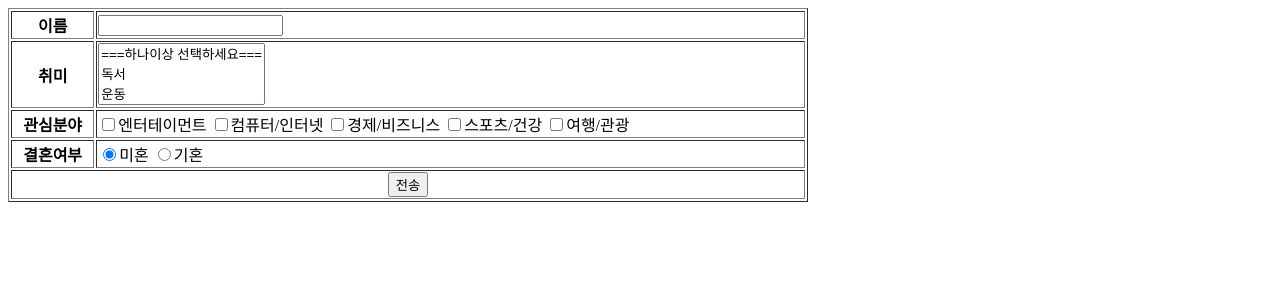
Repository: jeong3/Real_Time_Date
Page: http://localhost/jspRequest/getMethod1.jsp
The author's editor kept a copy of each file at every save. The page is drawn from the files as they stood at one save, then again after the next save.
The browser window is 1280 px wide. The pictures show the whole page.
The page is served by Tomcat 9.

Above is the page before, as saved 2024-08-30 06:22:45.

After the next save:
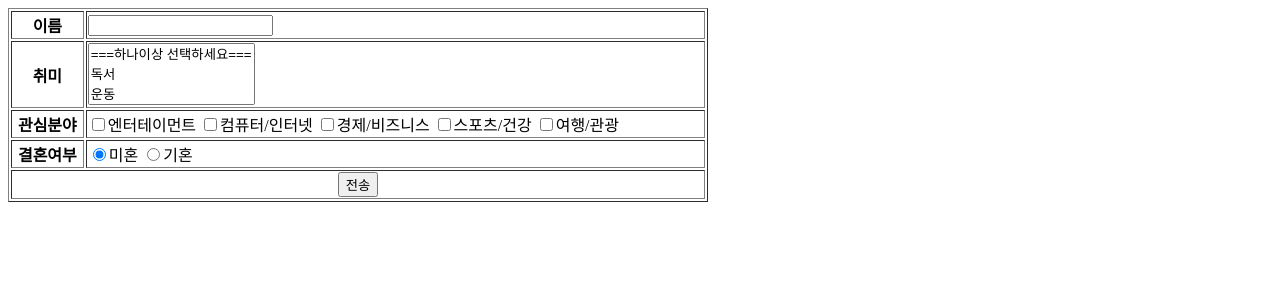
Saved 17 s later.
--- a/eclipse/eclipse-workspace/jspRequest/src/main/webapp/getMethod1.jsp
+++ b/eclipse/eclipse-workspace/jspRequest/src/main/webapp/getMethod1.jsp
@@ -8,7 +8,7 @@
 </head>
 <body>
 	<form action="requestValues.jsp" method="get">
-		<table border="1" width="800px">
+		<table border="1" width="700px">
 			<tr>
 				<th>이름</th>
 				<td><input type="text" name="userName" /></td>
